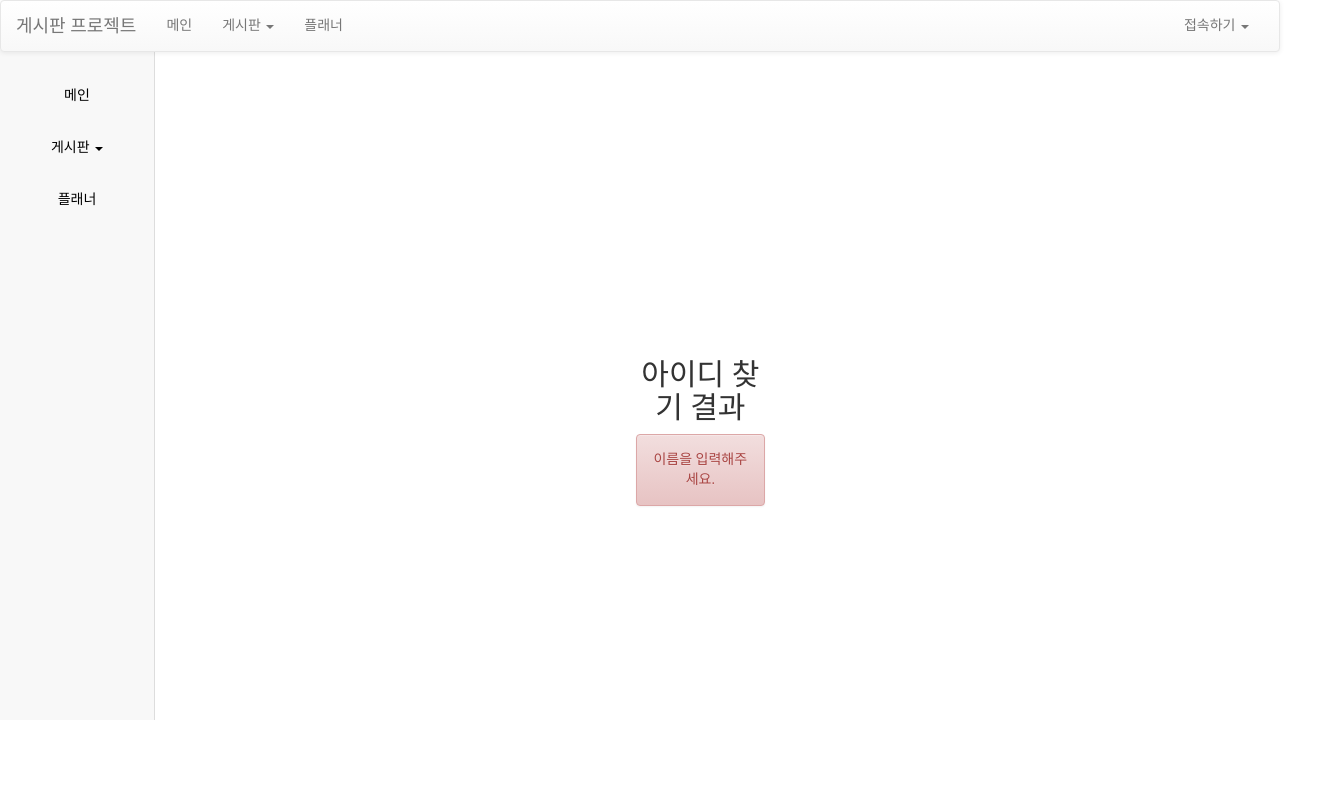
Repository: Seok7975/Project_PlannerSharingBoard
Page: http://localhost/ToDoList공유_게시판_ver3/id/findIdAction.jsp
An editor plug-in stored every save of this project. The page is shown before and after the next save, followed by the edit.
The browser window is 1280 px wide. The page is 1325 px wide, so the pictures cover 1325 px, including what lies to the right of the window. The pictures show the whole page.
Some web fonts or font styles are not loaded; a fallback is used. Some web libraries are served in a nearby version. The page is served by Tomcat 9.

Above is the page before, as saved 2024-07-05 09:11:25.

After the next save:
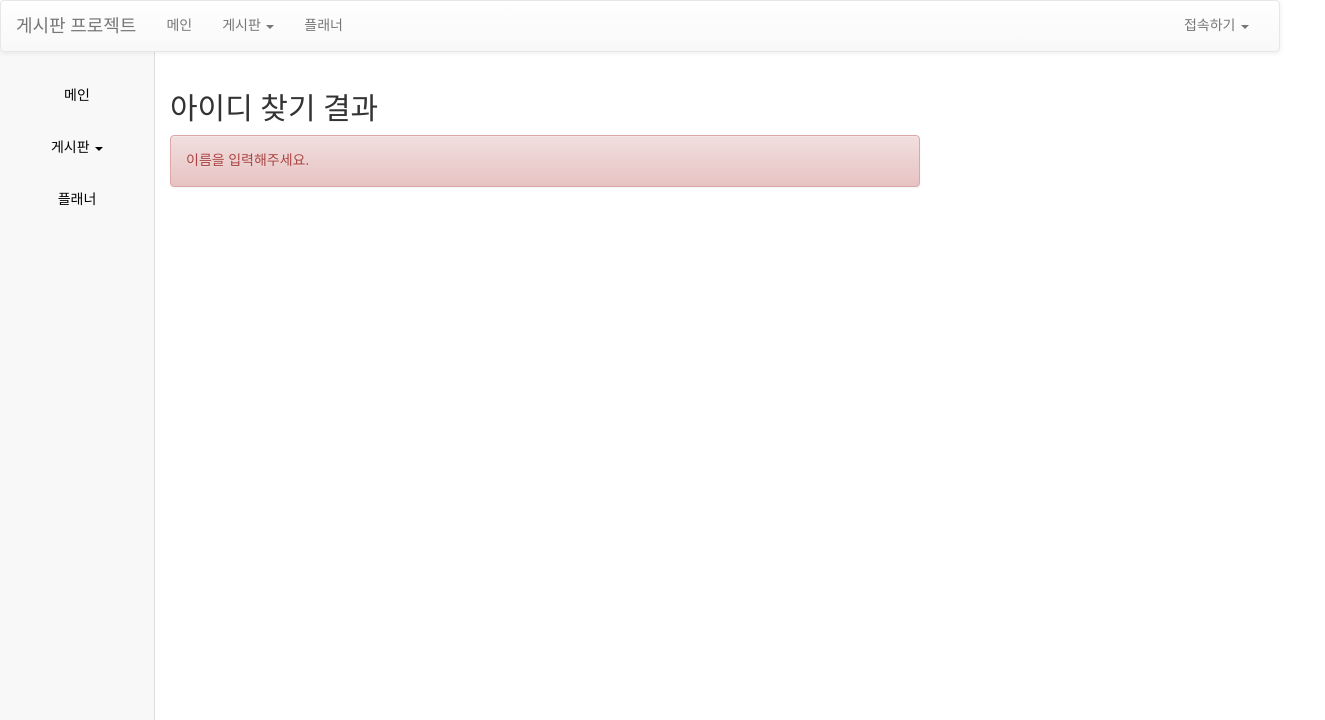
Saved 6 min 32 s later.
--- a/List_Projects_ver3/ToDoList공유 게시판_ver3/src/main/webapp/id/showUserID.jsp
+++ b/List_Projects_ver3/ToDoList공유 게시판_ver3/src/main/webapp/id/showUserID.jsp
@@ -30,12 +30,6 @@
         padding: 20px;
     }
 } */
-        .centered {
-            display: flex;
-            justify-content: center;
-            align-items: center;
-            text-align: center;
-            height: 100vh;
         }
     </style>
 </head>
@@ -90,7 +84,7 @@
             </div>
         </div>
     </nav>
-    <div class="container main-content centered">
+    <div class="container main-content col-md-offset-2">
         <div class="row">
 	        <div class="col-xs-8">
 	                <h2>아이디 찾기 결과</h2>
